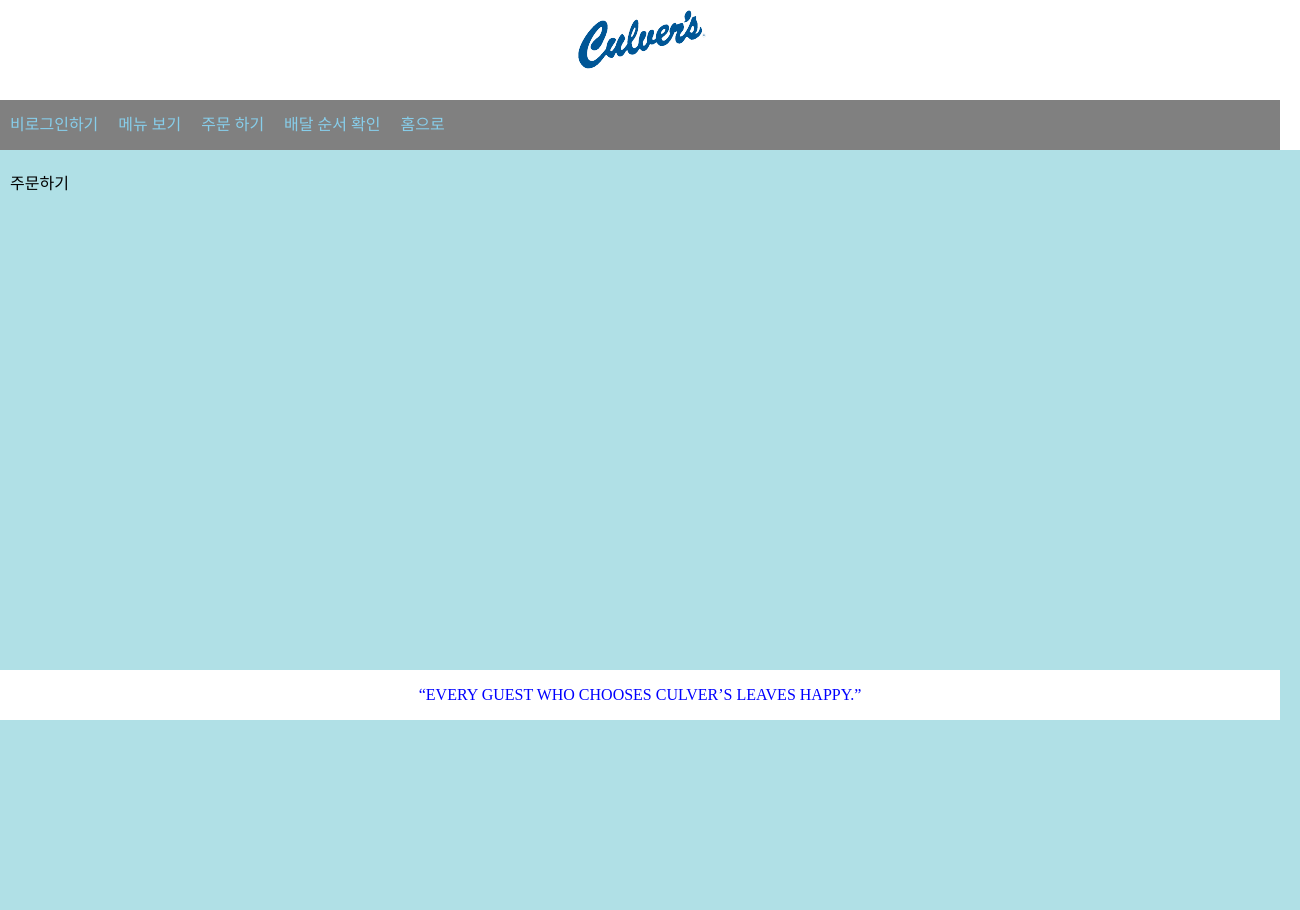
Repository: andy981217/culvers
Page: http://localhost/Culvers/order
The author's editor kept a copy of each file at every save. The page is drawn from the files as they stood at one save, then again after the next save.
The browser window is 1280 px wide. The page is 1300 px wide, so the pictures cover 1300 px, including what lies to the right of the window. The pictures show the whole page.
The page is served by Tomcat 9.

Above is the page before, as saved 2022-12-28 06:30:31.

After the next save:
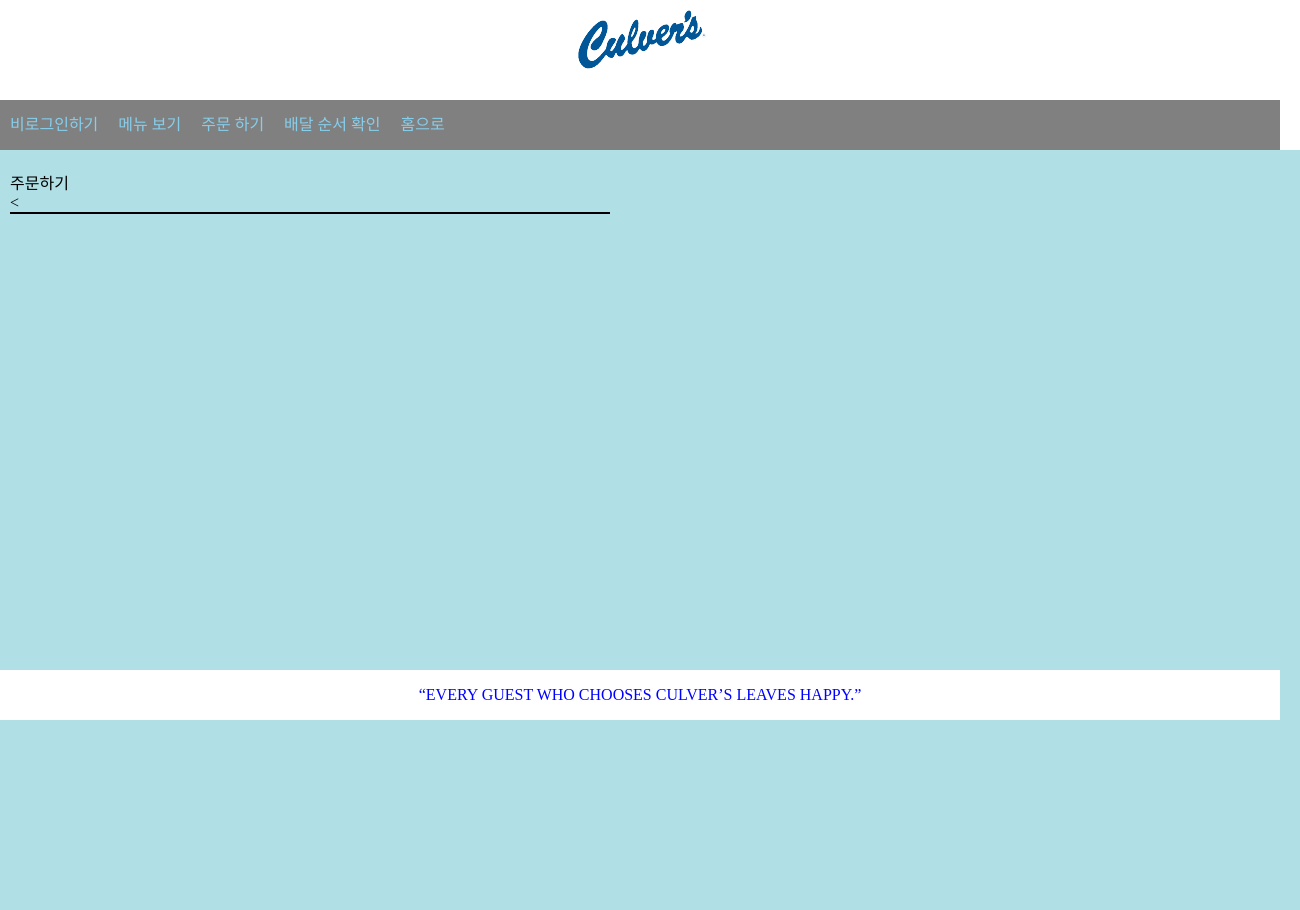
Saved 19 s later.
--- a/Culvers/src/main/webapp/order.jsp
+++ b/Culvers/src/main/webapp/order.jsp
@@ -1,5 +1,8 @@
 <%@ page language="java" contentType="text/html; charset=UTF-8"
     pageEncoding="UTF-8"%>
+    <%
+request.setCharacterEncoding("UTF-8");
+%>
 <!DOCTYPE html>
 <html>
 <head>
@@ -10,7 +13,12 @@
 	<%@ include file="topmenu.jsp" %>
 		<section>
 			<div class="title">주문하기</div>
-			<form name="frm" action="orderMenu"></form>
+			<form name="frm" action="orderMenu">
+				<table>
+					<tr>
+					<
+				</table>
+			</form>
 		</section>
 
 	<%@ include file="footer.jsp" %>
